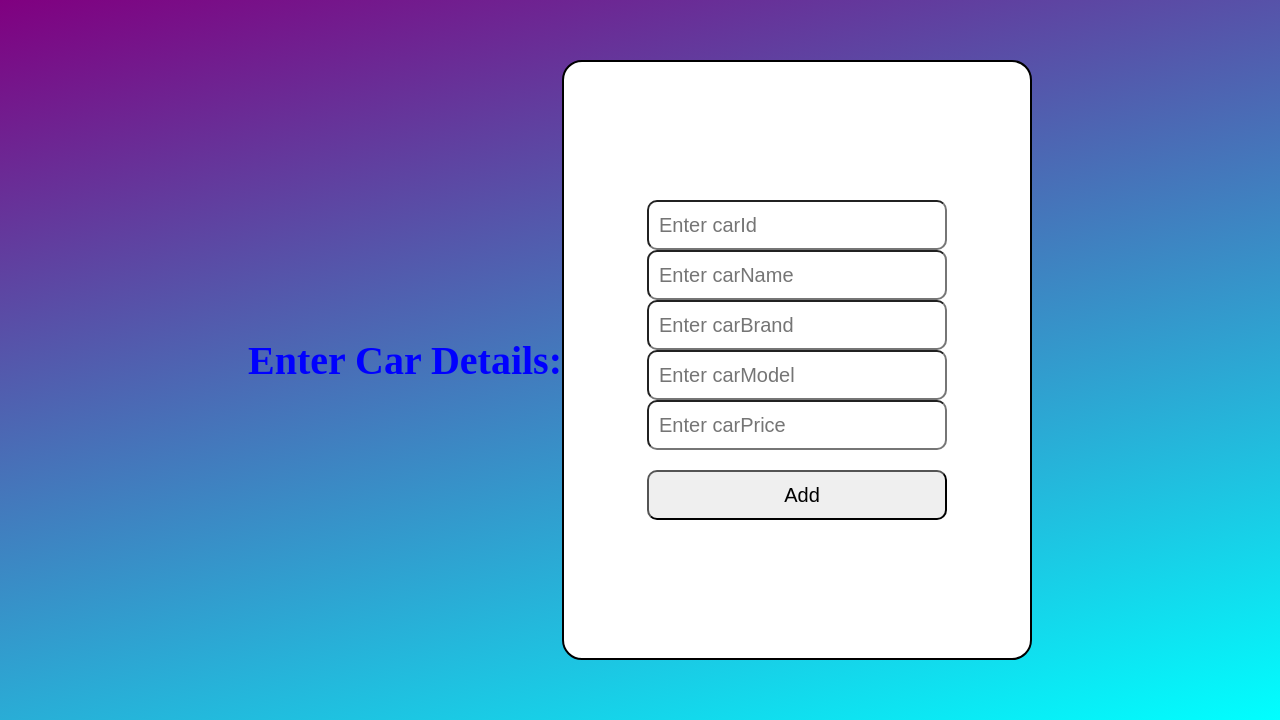
Repository: Dhirajkumar02/Advance-Java--J2EE-
Page: ServletProjecct_CarDB/src/main/webapp/AddCar.html
The author's editor kept a copy of each file at every save. The page is drawn from the files as they stood at one save, then again after the next save.
The browser window is 1280 px wide. The pictures show the whole page.

Above is the page before, as saved 2024-11-14 19:04:49.

After the next save:
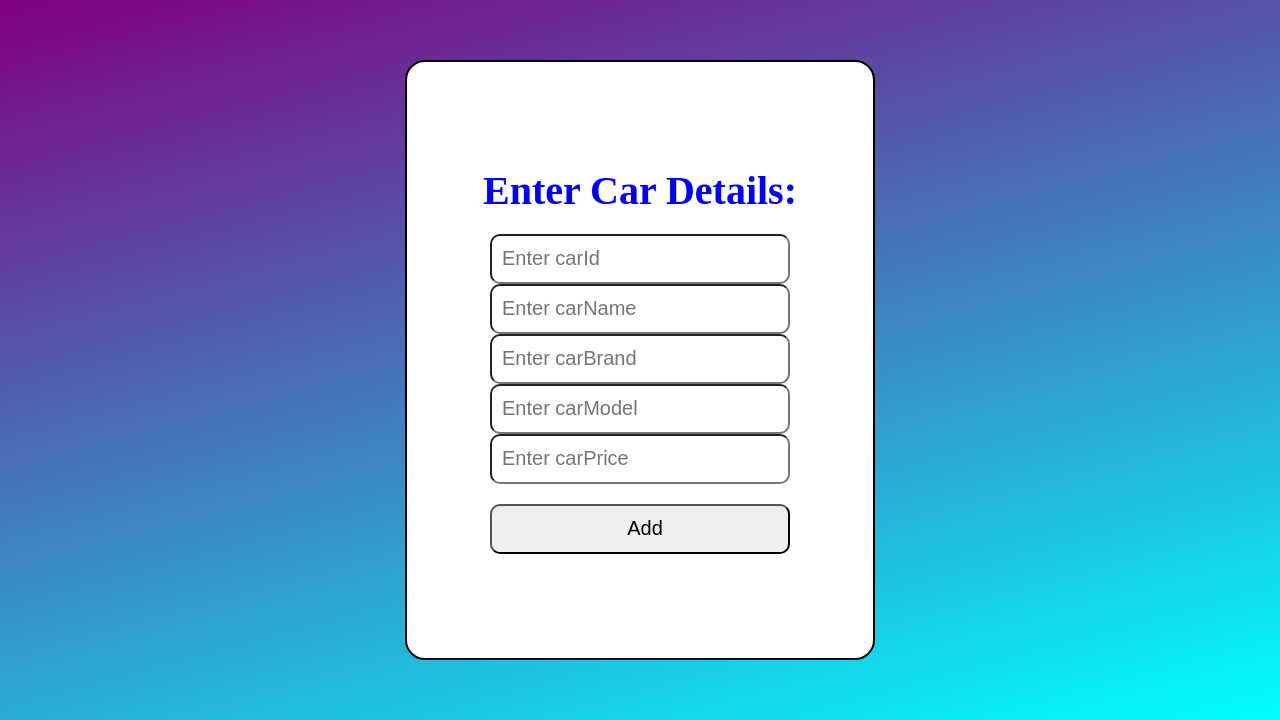
Saved 115 s later.
--- a/ServletProjecct_CarDB/src/main/webapp/AddCar.html
+++ b/ServletProjecct_CarDB/src/main/webapp/AddCar.html
@@ -43,8 +43,11 @@ input {
 </style>
 </head>
 <body>
+
+<form action="add-car">
+<div>
 <h1>Enter Car Details:</h1>
-<form action="add-car">
+</div>
 <div>
 <input type="number" placeholder="Enter carId" name="carId" ><br>
 <input type="text" placeholder="Enter carName" name="carName" ><br>
